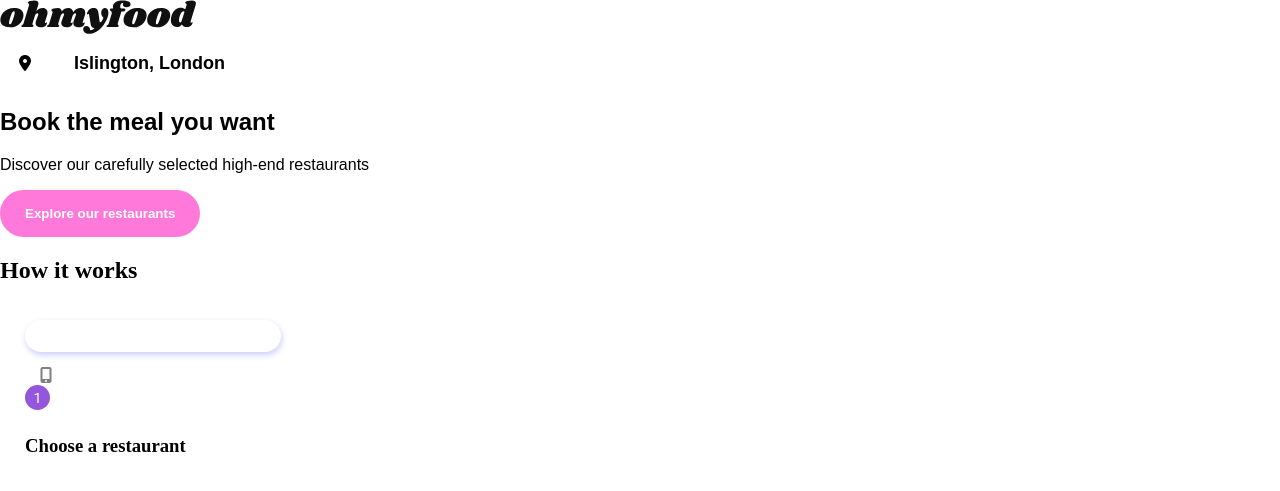
Repository: R1ptou/Project-3
Page: index.html
The author's editor kept a copy of each file at every save. The page is drawn from the files as they stood at one save, then again after the next save.
The browser window is 1280 px wide. The pictures show the whole page.
Some web fonts or font styles are not loaded; a fallback is used. The style sheet was rebuilt from its Sass, Less or Tailwind sources for each picture, by a compiler version that may differ from the author's.

Above is the page before, as saved 2024-02-10 12:53:07.

After the next save:
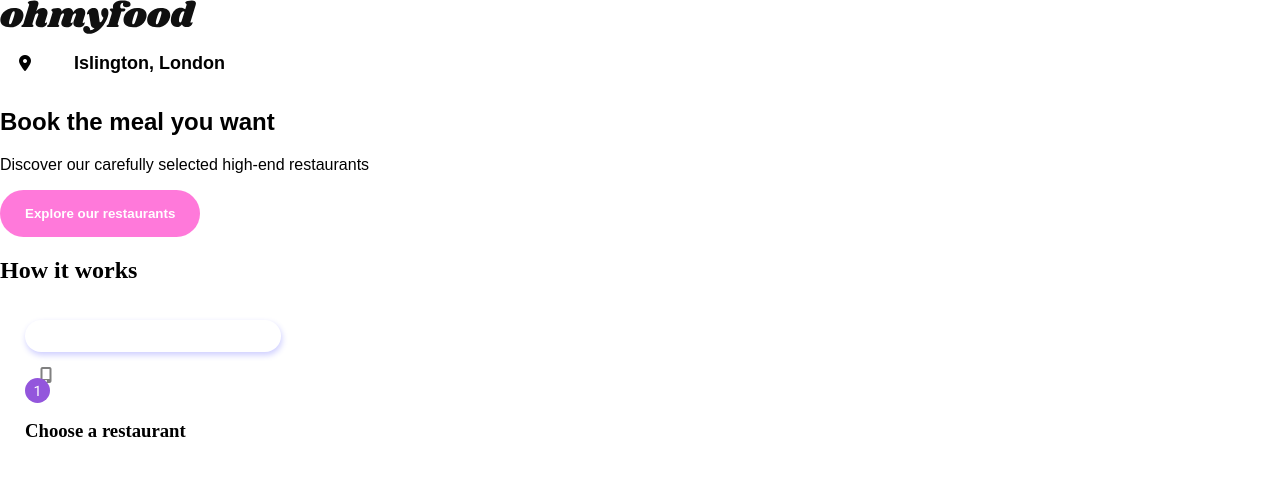
Saved 7 s later.
--- a/scss/style.scss
+++ b/scss/style.scss
@@ -102,8 +102,8 @@ a {
     flex-direction: row;
     background: none;
     color: grey;
-    width: 35px;
-    height: 35px;
+    width: 20px;
+    height: 20px;
     padding: 15px;
     flex-shrink: 0;
 }
